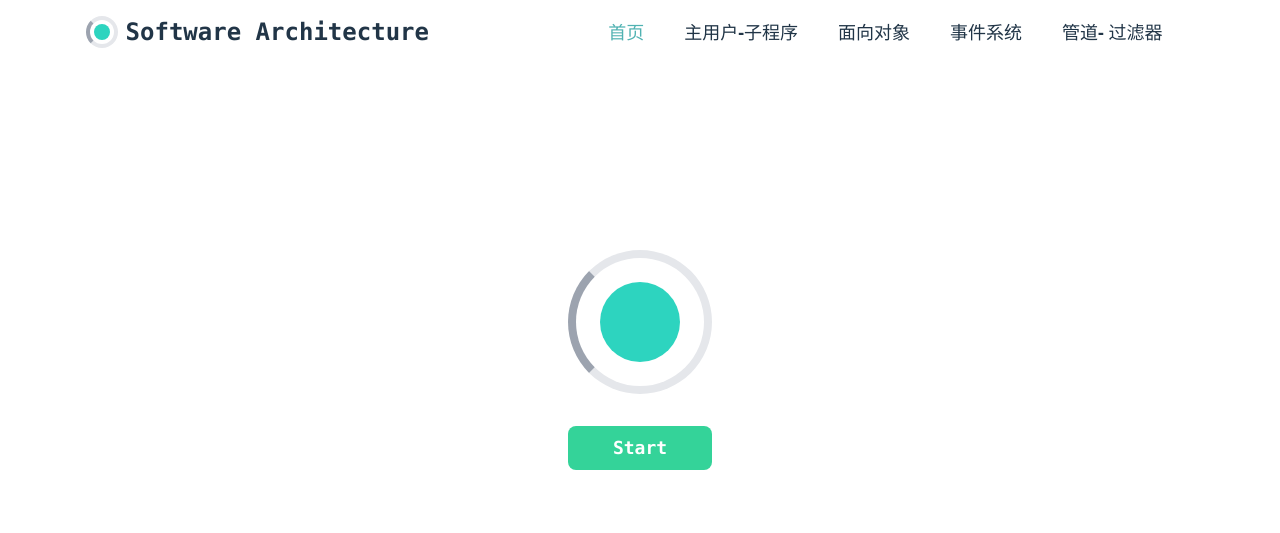
Repository: MarchRory/software_architecture_lab2
Page: / (app in lab2/)
An editor plug-in stored every save of this project. The page is shown before and after the next save, followed by the edit.
The browser window is 1280 px wide. The pictures show the whole page.
The project was rebuilt for these pictures with package versions that can differ from the ones it lists, and the page was loaded fresh each time. Also part of the build but not shown: lab2/vite.config.ts. Imported but missing from the stored project, and not drawn on this page: lab2/src/views/OOP/index.vue, lab2/src/views/PipFilter/index.vue, lab2/src/views/eventsSys/index.vue, lab2/src/views/mainChild/index.vue.

Above is the page before, as saved 2023-11-16 14:56:25.

After the next save:
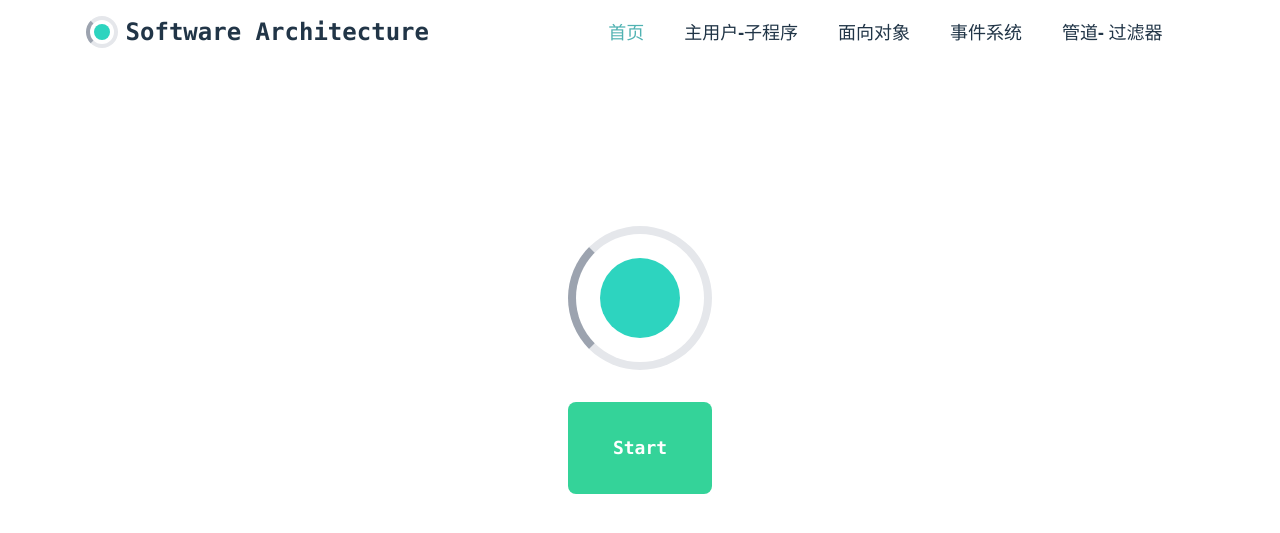
Saved 11 s later.
--- a/lab2/src/views/hello/index.vue
+++ b/lab2/src/views/hello/index.vue
@@ -20,7 +20,7 @@
 		</div>
 		<div
 			@click="enter"
-			class="flex items-center justify-center px-4 py-2 font-mono text-lg font-bold text-white rounded-lg hover:cursor-pointer bg-emerald-400"
+			class="flex items-center justify-center px-4 py-8 font-mono text-lg font-bold text-white rounded-lg hover:cursor-pointer bg-emerald-400"
 		>
 			Start
 		</div>

After the 2 saves that followed:
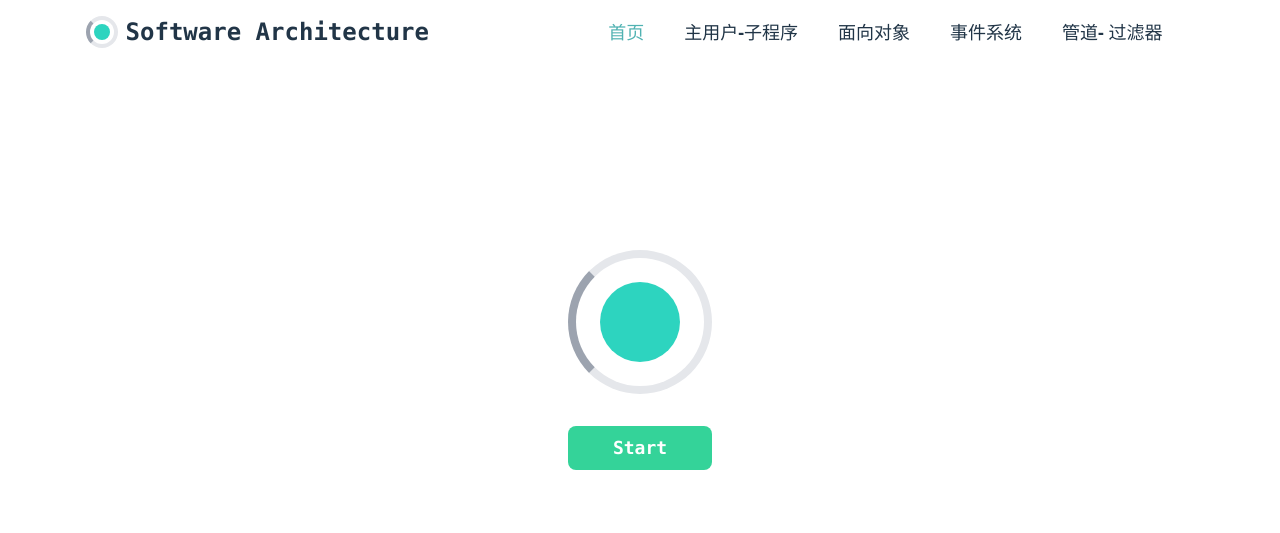
The 2 saves are shown as one change because they came seconds apart.
The last was saved 6 s later.
--- a/lab2/src/views/hello/index.vue
+++ b/lab2/src/views/hello/index.vue
@@ -20,7 +20,7 @@
 		</div>
 		<div
 			@click="enter"
-			class="flex items-center justify-center px-4 py-8 font-mono text-lg font-bold text-white rounded-lg hover:cursor-pointer bg-emerald-400"
+			class="flex items-center justify-center px-2 py-2 font-mono text-lg font-bold text-white rounded-lg hover:cursor-pointer bg-emerald-400"
 		>
 			Start
 		</div>
